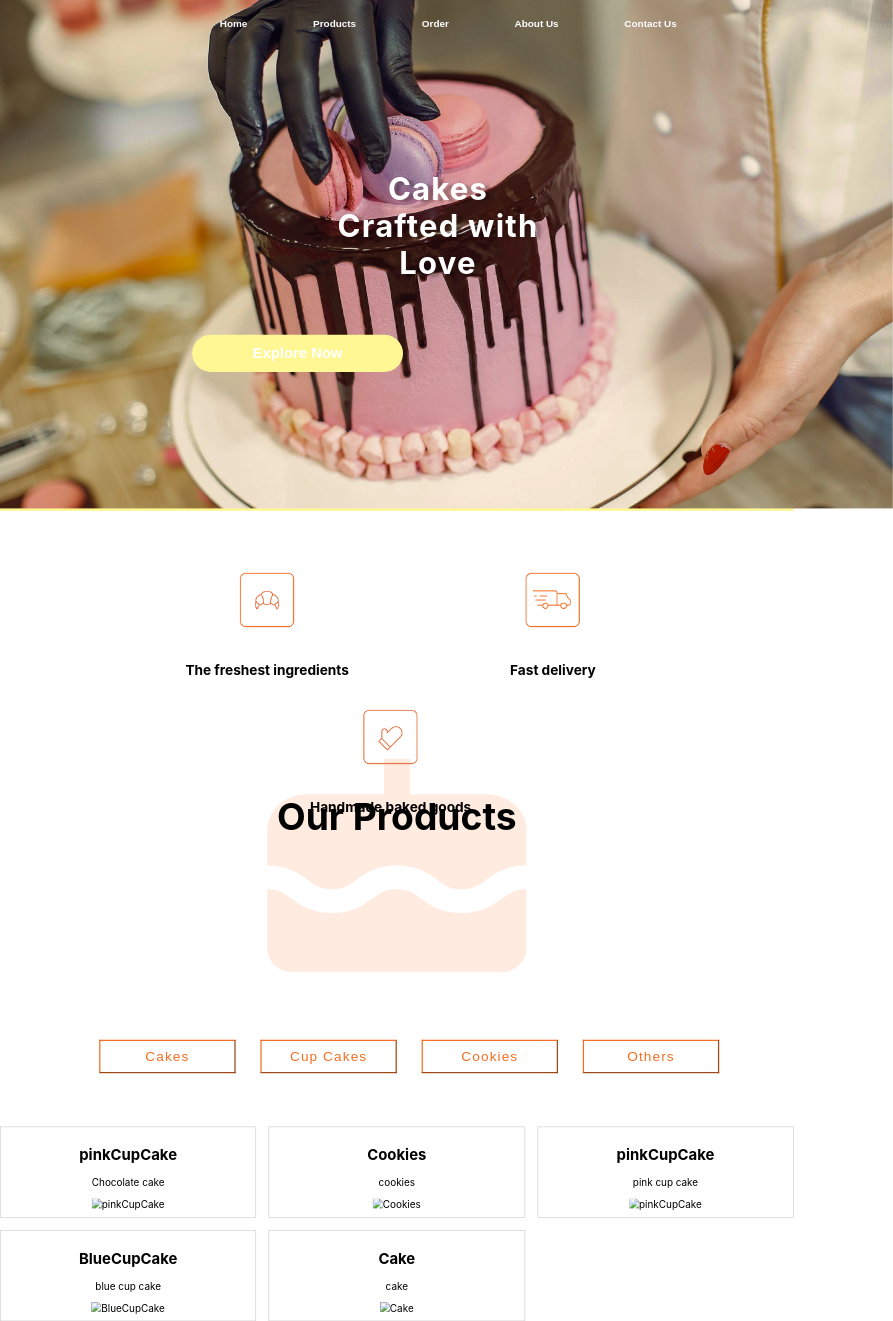
Repository: MEROO1010/cake-box
Page: /
An editor plug-in stored every save of this project. The page is shown before and after the next save, followed by the edit.
The browser window is 1280 px wide. The page is 1440 px wide, so the pictures cover 1440 px, including what lies to the right of the window. The pictures show the whole page, at 62% of full size.
The project was rebuilt for these pictures with package versions that can differ from the ones it lists, and the page was loaded fresh each time.

Above is the page before, as saved 2023-11-11 11:32:52.
Not found: images/pinkCupCake.png

After the next save:
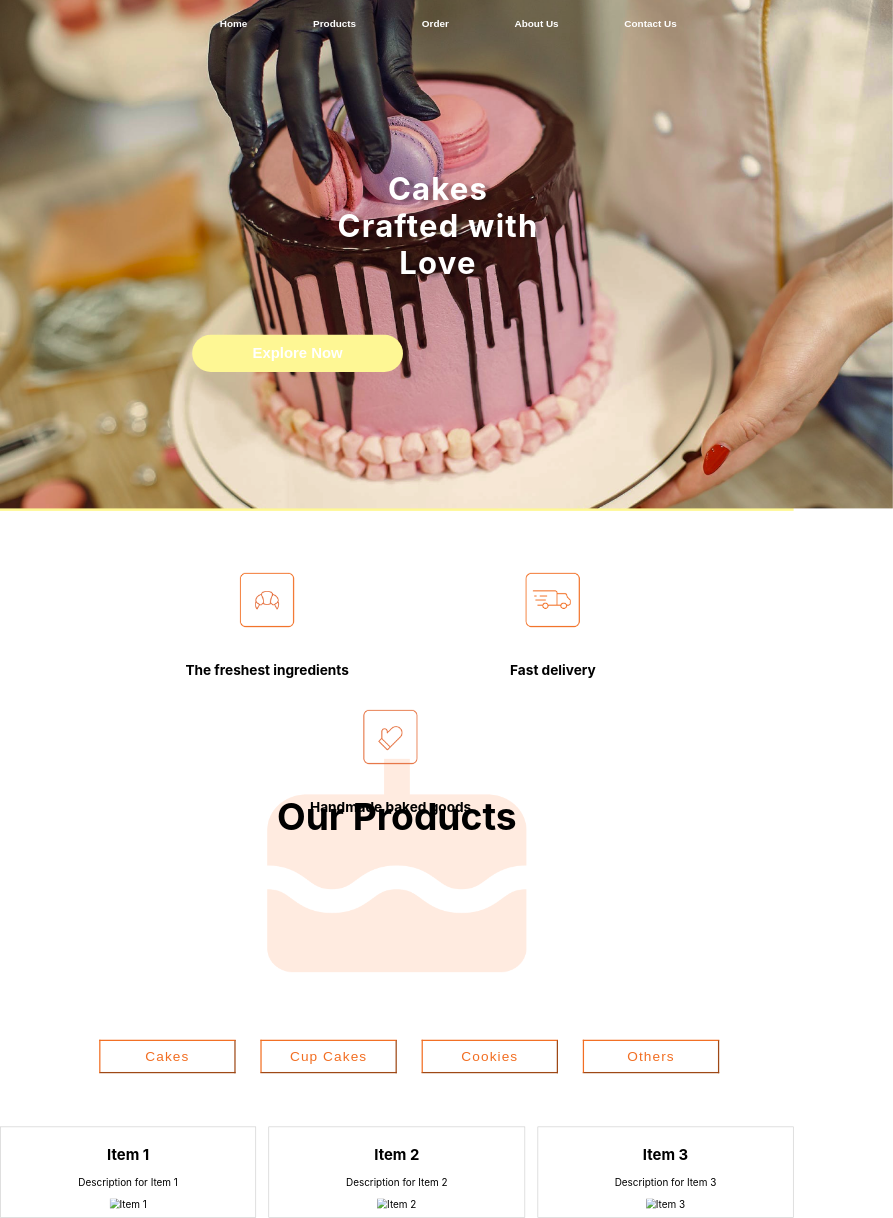
Not found: images/image1.jpg
Not found: images/image2.jpg
Not found: images/image3.jpg
Saved 2 s later.
--- a/src/images/data.json
+++ b/src/images/data.json
@@ -1,28 +1,20 @@
 [
-    {
-      "id": 1,
-      "title": "pinkCupCake",
-      "description": "Chocolate cake",
-      "imagePath":"../images/pinkCupCake.png"
-    },
-    {
-      "id": 2,
-      "title": "Cookies",
-      "description": "cookies"
-    },
-    {
-      "id": 3,
-      "title": "pinkCupCake",
-      "description": "pink cup cake"
-    },
-    {
-        "id": 4,
-        "title": "BlueCupCake ",
-        "description": "blue cup cake"
-      },
-      {
-        "id": 5,
-        "title": "Cake",
-        "description": "cake"
-      }
-  ]
+  {
+    "id": 1,
+    "title": "Item 1",
+    "description": "Description for Item 1",
+    "imagePath": "/images/image1.jpg"
+  },
+  {
+    "id": 2,
+    "title": "Item 2",
+    "description": "Description for Item 2",
+    "imagePath": "/images/image2.jpg"
+  },
+  {
+    "id": 3,
+    "title": "Item 3",
+    "description": "Description for Item 3",
+    "imagePath": "/images/image3.jpg"
+  }
+]
